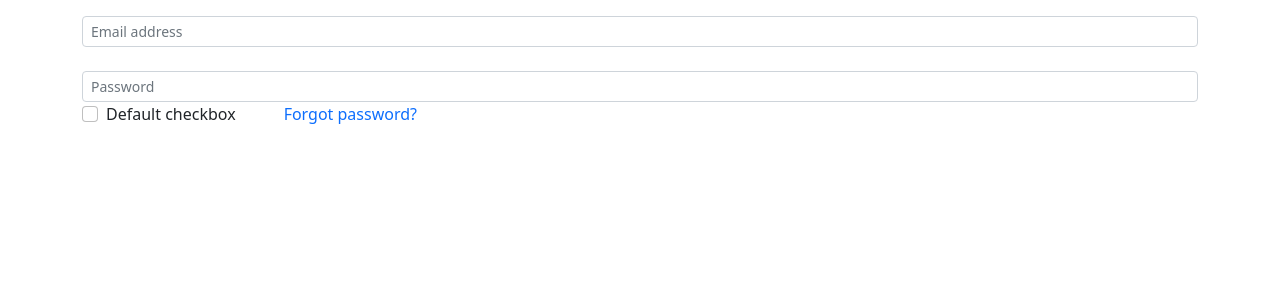
Repository: NPhanA/React2022
Page: / (app in Day 03-React/exercise/)
These files come from the project's save history. The page is drawn as it stood at one moment and after the next save; the edit follows.
The browser window is 1280 px wide. The pictures show the whole page.
The project was rebuilt for these pictures with package versions that can differ from the ones it lists, and the page was loaded fresh each time. Also part of the build but not shown: Day 03-React/exercise/src/App.css, Day 03-React/exercise/src/App.js, Day 03-React/exercise/src/Components/UserAgent.js, Day 03-React/exercise/src/Components/ProfileCard.js.

Above is the page before, as saved 2022-07-26 17:30:12.

After the next save:
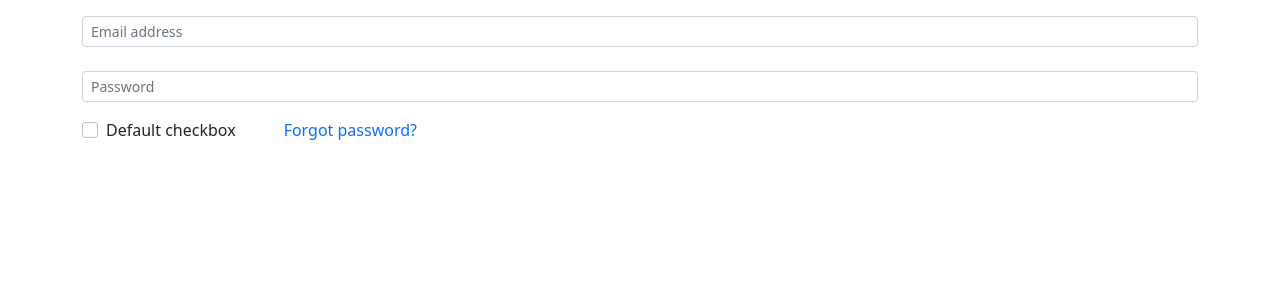
Saved 99 s later.
--- a/Day 03-React/exercise/src/Components/SignInForm.js
+++ b/Day 03-React/exercise/src/Components/SignInForm.js
@@ -9,7 +9,7 @@ function SignInForm() {
                 </div>
                 </form>
                 <form className="form-inline">
-                <div class="form-check">
+                <div class="form-check mt-3">
                 <input className="form-check-input" type="checkbox" value="" id="flexCheckDefault"></input>
                     <label class="form-check-label" for="flexCheckDefault">
                      Default checkbox
